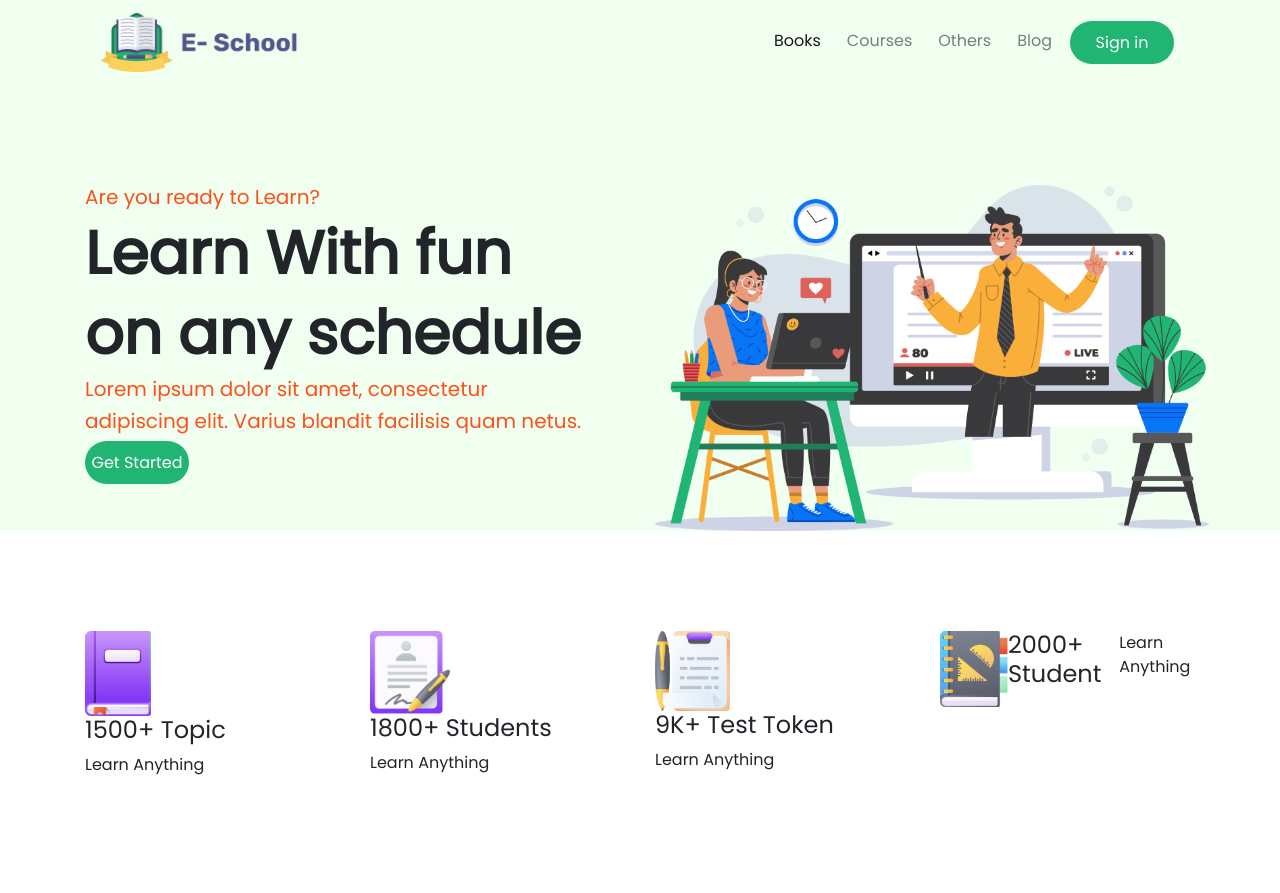
Repository: mohsinfarabi/e-school
Page: index.html
These files come from the project's save history. The page is drawn as it stood at one moment and after the next save; the edit follows.
The browser window is 1280 px wide. The pictures show the whole page.

Above is the page before, as saved 2020-07-08 18:03:25.

After the next save:
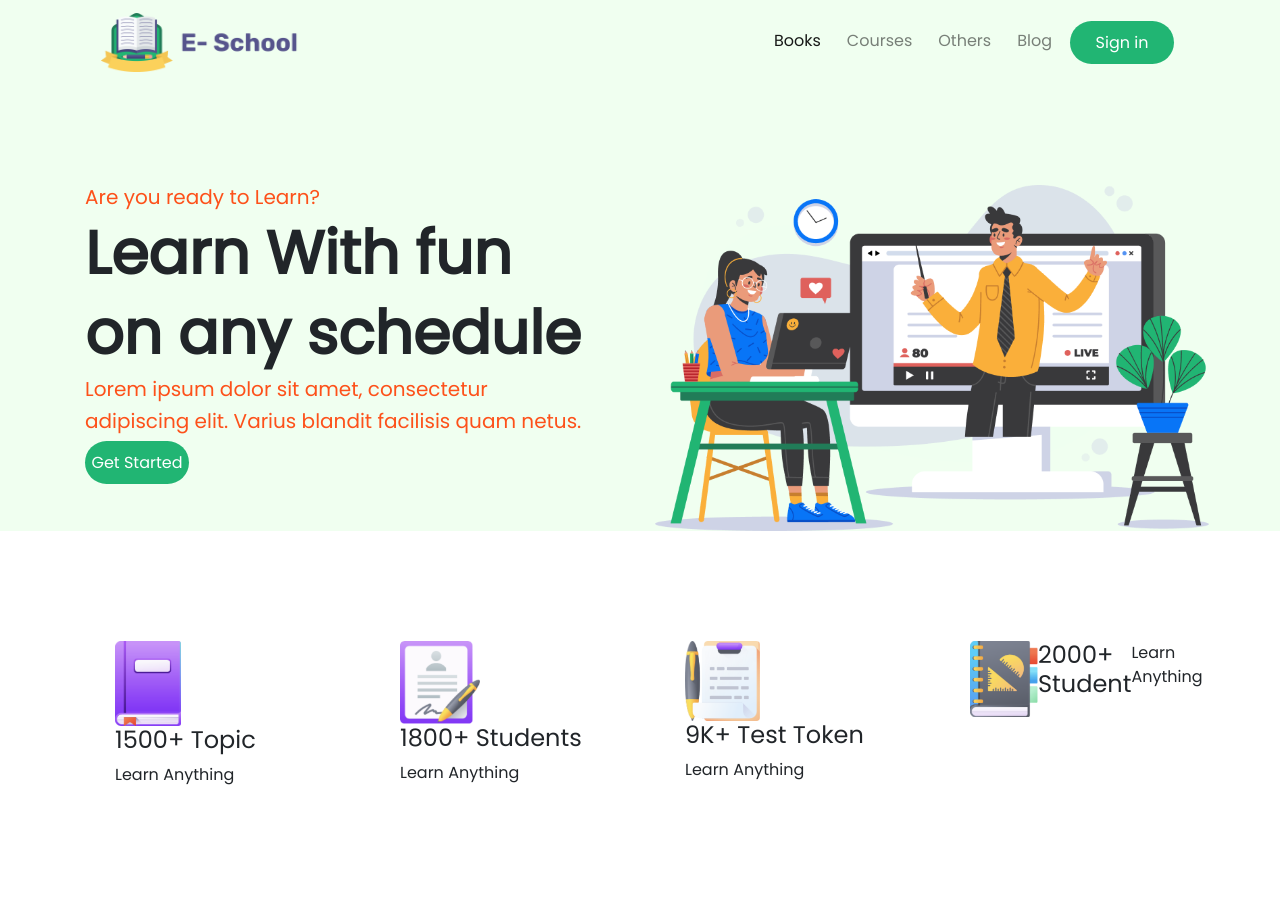
Saved 83 s later.
--- a/style.css
+++ b/style.css
@@ -47,6 +47,14 @@
     height: 346px;
 }
 
+.cat1,
+.cat2,
+.cat3,
+.cat4 {
+    padding: 10px 30px;
+    border-radius: 10px;
+}
+
 .cat1 img {
     width: 66px;
     height: 85px;
